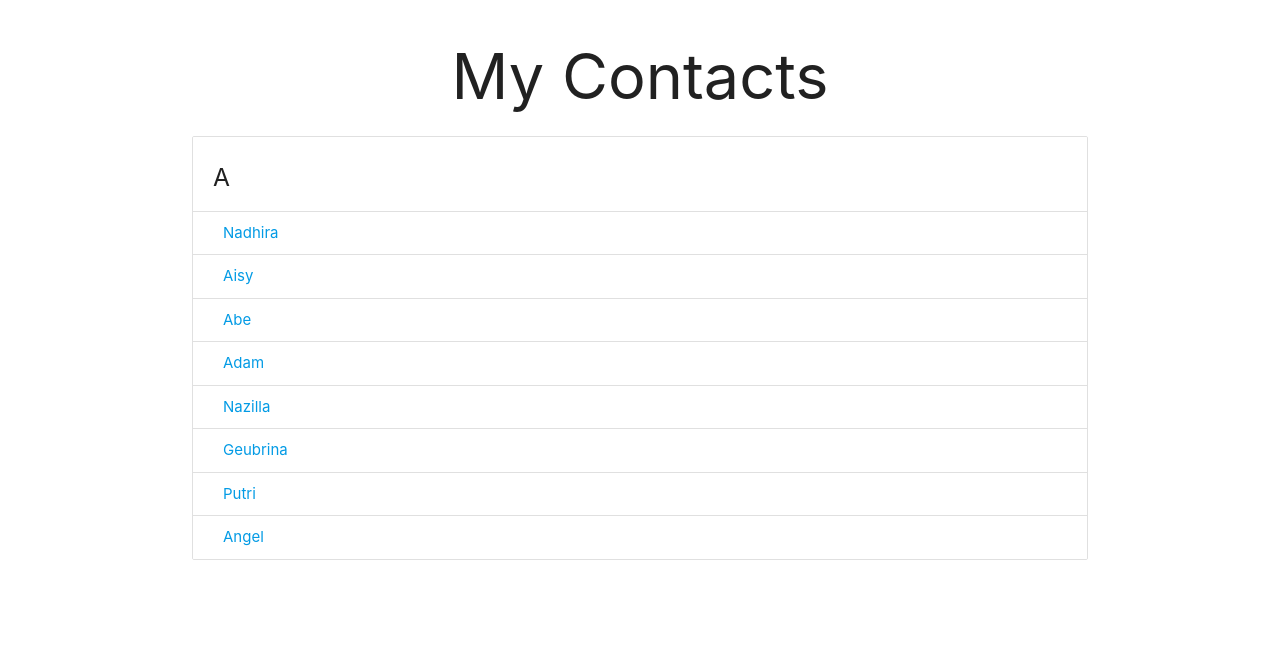
Repository: Fauzaanmhmd/vanillaFilterable
Page: index.html
These files come from the project's save history. The page is drawn as it stood at one moment and after the next save; the edit follows.
The browser window is 1280 px wide. The pictures show the whole page.

Above is the page before, as saved 2022-02-16 08:08:15.

After the next save:
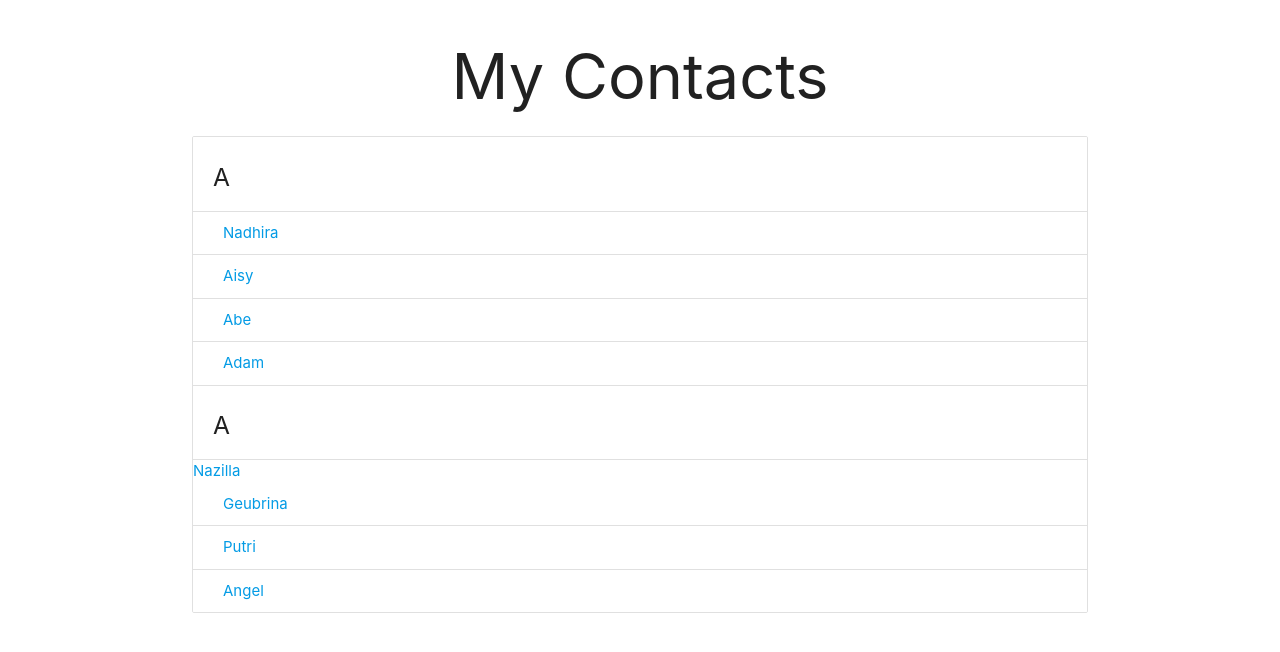
Saved 31 s later.
--- a/index.html
+++ b/index.html
@@ -30,8 +30,10 @@
             <li class="collection-item">
                 <a href="#">Adam</a>
             </li>
-            <li class="collection-item">
-                <a href="#">Nazilla</a>
+            <li class="collection-header">
+                <h5>A</h5>
+            </li <li class="collection-item">
+            <a href="#">Nazilla</a>
             </li>
             <li class="collection-item">
                 <a href="#">Geubrina</a>
